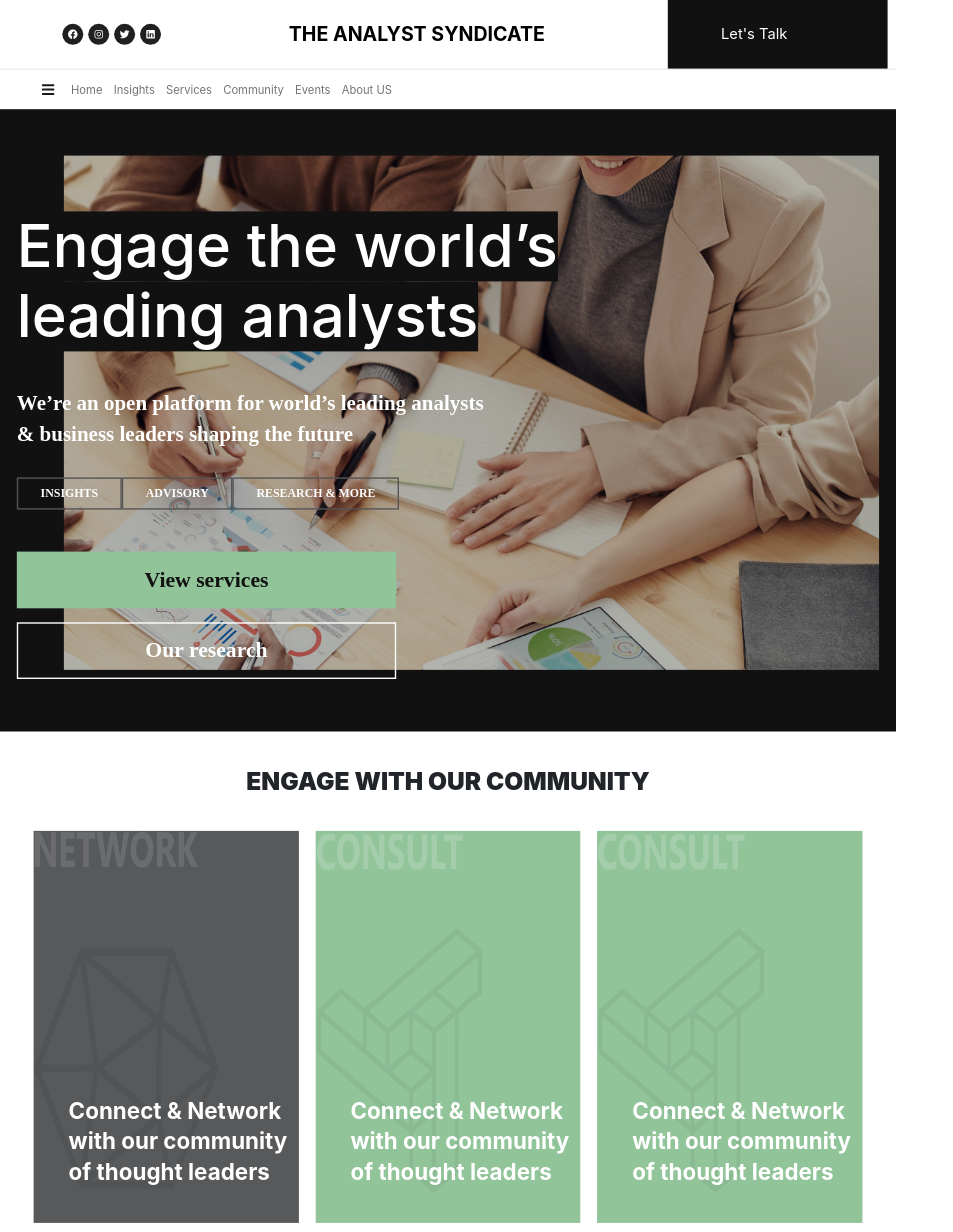
Repository: arif286/Business-webpage
Page: /
These files come from the project's save history. The page is drawn as it stood at one moment and after the next save; the edit follows.
The browser window is 1280 px wide. The page is 1361 px wide, so the pictures cover 1361 px, including what lies to the right of the window. The pictures show the part of the page from y = 0 to 1760 px (the page is 5550 px tall), at 70% of full size.
The project was rebuilt for these pictures with package versions that can differ from the ones it lists, and the page was loaded fresh each time. Also part of the build but not shown: src/components/MainHeader/MainHeader.css, src/components/NotFound/NotFound.js.

Above is the page before, as saved 2021-05-28 15:50:15.

After the next save:
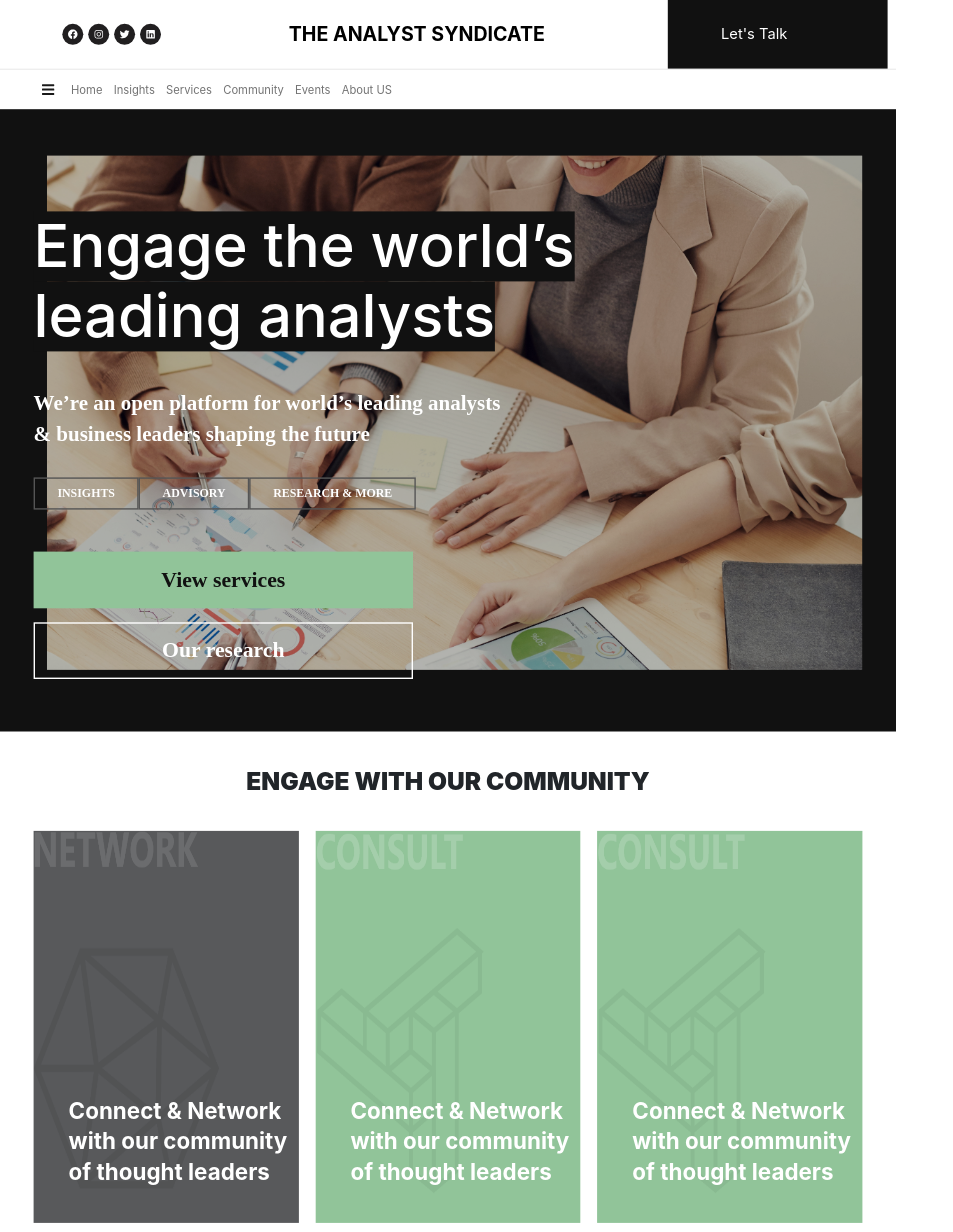
Saved 10 s later.
--- a/src/components/MainContent/MainContent.js
+++ b/src/components/MainContent/MainContent.js
@@ -5,7 +5,7 @@
 const MainContent = () => {
     return (
       <div class="hero-area">
-        <div class="container-fluid px-4">
+        <div class="container-fluid px-5">
           <div class="row align-items-center">
             <div class="col-lg-12">
               <div class="hero-wrap">
